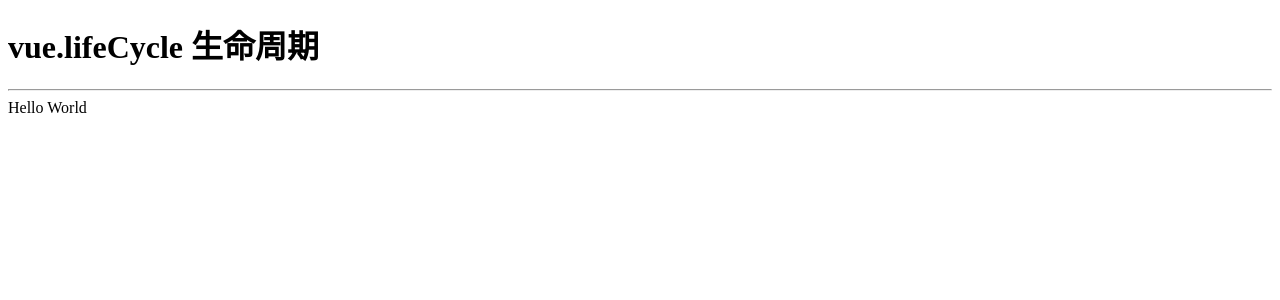
Repository: 13982720426/vue2.0-LearningNotes
Page: example/vue.lifeCycle.html
An editor plug-in stored every save of this project. The page is shown before and after the next save, followed by the edit.
The browser window is 1280 px wide. The pictures show the whole page.

Above is the page before, as saved 2021-06-24 19:53:55.

After the next save:
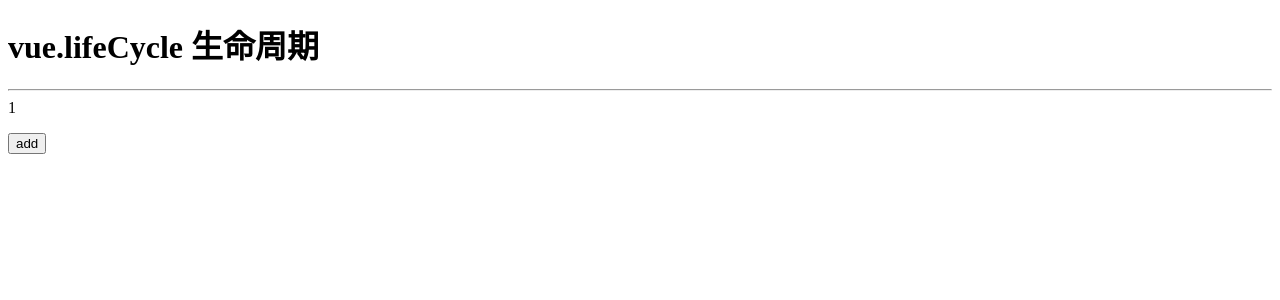
Saved 112 s later.
--- a/example/vue.lifeCycle.html
+++ b/example/vue.lifeCycle.html
@@ -10,12 +10,17 @@
   <body>
     <h1>vue.lifeCycle 生命周期</h1>
     <hr />
-    <div id="app">{{message}}</div>
+    <div id="app">
+      {{count}}
+      <p>
+        <button @click="add">add</button>
+      </p>
+    </div>
     <script type="text/javascript">
       var app = new Vue({
         el: '#app',
         data: {
-          message: 'Hello World',
+          count: 1,
         },
       });
     </script>
